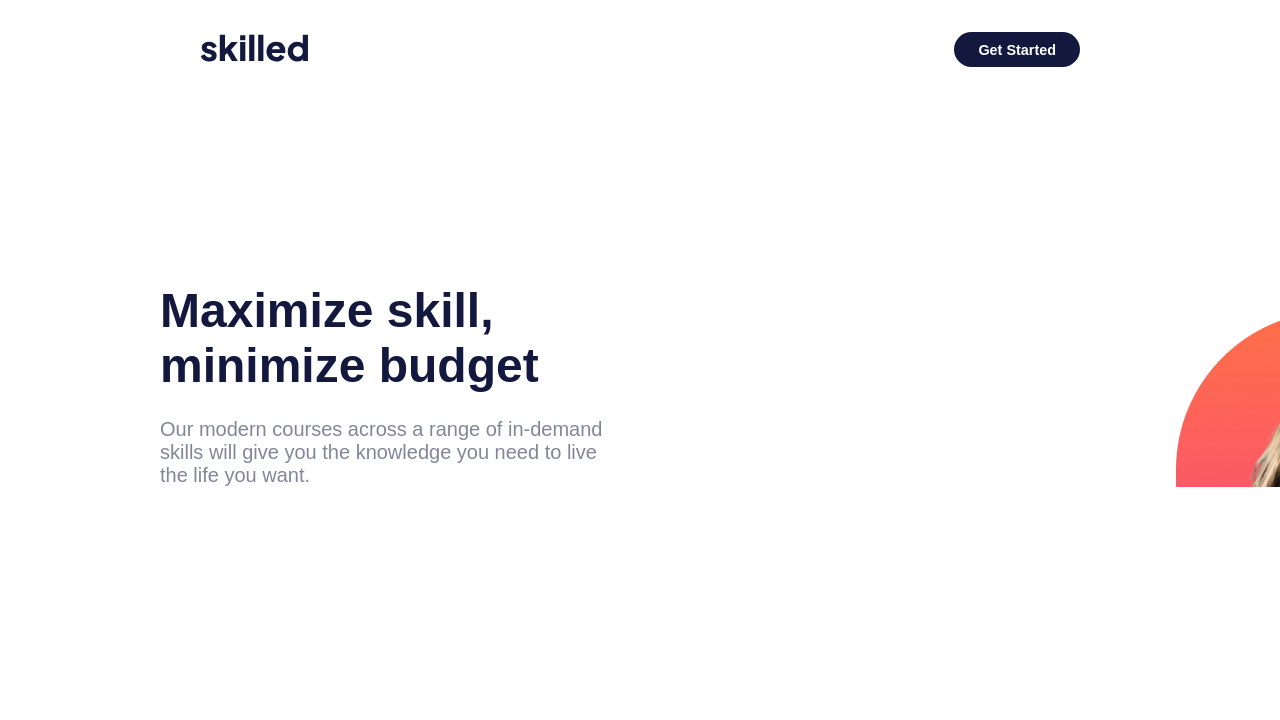
Repository: exe-walt/E-Learning-Landing-Page
Page: index.html
An editor plug-in stored every save of this project. The page is shown before and after a run of saves, followed by the edit.
The browser window is 1280 px wide. The pictures show the whole page.
Some web fonts or font styles are not loaded; a fallback is used.

Above is the page before, as saved 2025-05-28 13:36:41.

### index.html
<!DOCTYPE html> <!-- Document type declaration for HTML5 -->
<html lang="en">
<head>
  <meta charset="UTF-8"> <!-- Character encoding set to UTF-8 -->
  <meta name="viewport" content="width=device-width, initial-scale=1.0"> <!-- Responsive design meta tag -->
  <title>Skilled E-Learning Page</title> <!-- Page title -->
  <link rel="stylesheet" href="css/style.css"> <!-- Link to external CSS file -->
  <link href="https://fonts.cdnfonts.com/css/plus-jakarta-sans" rel="stylesheet"> <!-- Import custom font -->
</head>
<body>
  <div class="content-container"> <!-- Main content container -->

    <!-- NAVBAR SECTION -->
    <div class="navbar">
      <ul>
        <li id="logo">
          <img src="img/skilled-logo.svg" alt="logo">
        </li>
        <li class="navbar-button">
          <button>Get Started</button> <!-- Call-to-action button -->
        </li>
      </ul>
    </div>

    <!-- HERO SECTION -->
    <div class="hero-section">
      <div class="hero-text">
        <h1>Maximize skill, <br>minimize budget</h1>

        <p>
          Our modern courses across a range of in-demand <br> skills will give you the knowledge you need to live <br> the life you want.
        </p>
      </div>

    </div>
  </div>

</body>
</html>

### css/style.css
* {
  box-sizing: border-box;
  margin: 0;
  padding: 0;
}

.navbar, .hero-section{
  background-image: url(../img/Group19.png);
}

body {
  font-family: "Plus Jakarta Sans", sans-serif;
  margin: 0;
  display: flex;
  justify-content: center;
  align-items: center;
}

.content-container {
  background-color: #ffffff;
  max-width: 100%;
  width: 100%;
  height: auto;
}

.navbar {
  display: flex;
  justify-content: space-between;
  align-items: center;
  padding: 2rem 2.5rem;
  background-color: white;
  margin-left: 10em;
  margin-right: 10em;
}

.navbar ul {
  display: flex;
  align-items: center;
  justify-content: space-between;
  width: 100%;
  list-style: none;
}

#logo img {
  height: 1.75em;
  width: auto;
}

.navbar-button button {
  background-color: #13183f;
  color: white;
  border: none;
  border-radius: 999px;
  padding: 0.6rem 1.5rem;
  font-weight: 600;
  font-size: 0.9rem;
  cursor: pointer;
  transition: background-color 0.3s ease;
}

.navbar-button button:hover {
  background-color: #666ca3;
}

.hero-section {
  display: flex;
}

.hero-text {
  margin-left: 10em;
  margin-top: 11.5em;
}

.hero-text h1 {
  font-weight: 800; /* ExtraBold */
  font-size: 3rem;
  color: #13183f;
}

.hero-text p {
  font-weight: 400; /* Medium */
  font-size: 1.25rem;
  color: #83869a;
  padding-top: 1.25em;
}

After the next 2 saves:
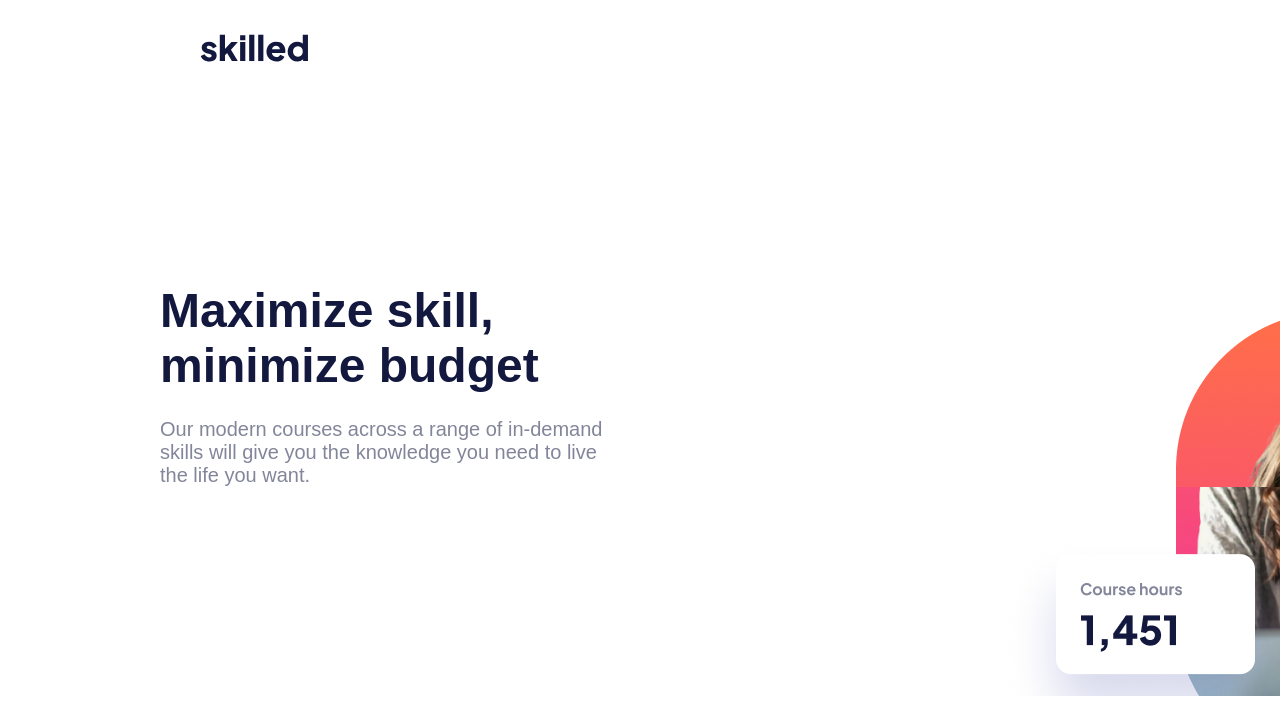
The 2 saves are shown as one change because they came seconds apart.
The last was saved 6 min 10 s later.
--- a/css/style.css
+++ b/css/style.css
@@ -2,10 +2,11 @@
   box-sizing: border-box;
   margin: 0;
   padding: 0;
+  background-image: url(../img/Group19.png);
 }
 
 .navbar, .hero-section{
-  background-image: url(../img/Group19.png);
+
 }
 
 body {

After the 2 saves that followed:
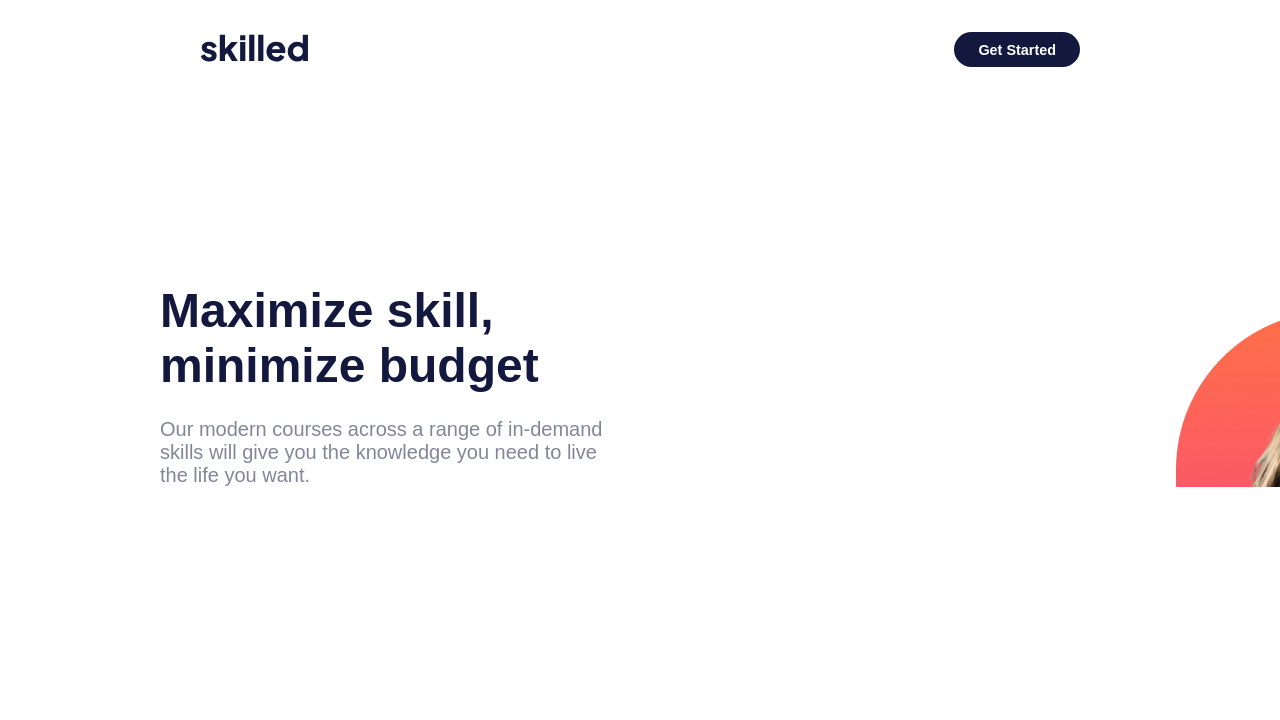
The 2 saves are shown as one change because 1 left the picture as it was.
The last was saved 21 s later.
--- a/css/style.css
+++ b/css/style.css
@@ -2,11 +2,10 @@
   box-sizing: border-box;
   margin: 0;
   padding: 0;
-  background-image: url(../img/Group19.png);
 }
 
 .navbar, .hero-section{
-
+  background-image: url(../img/Group19.png);
 }
 
 body {
